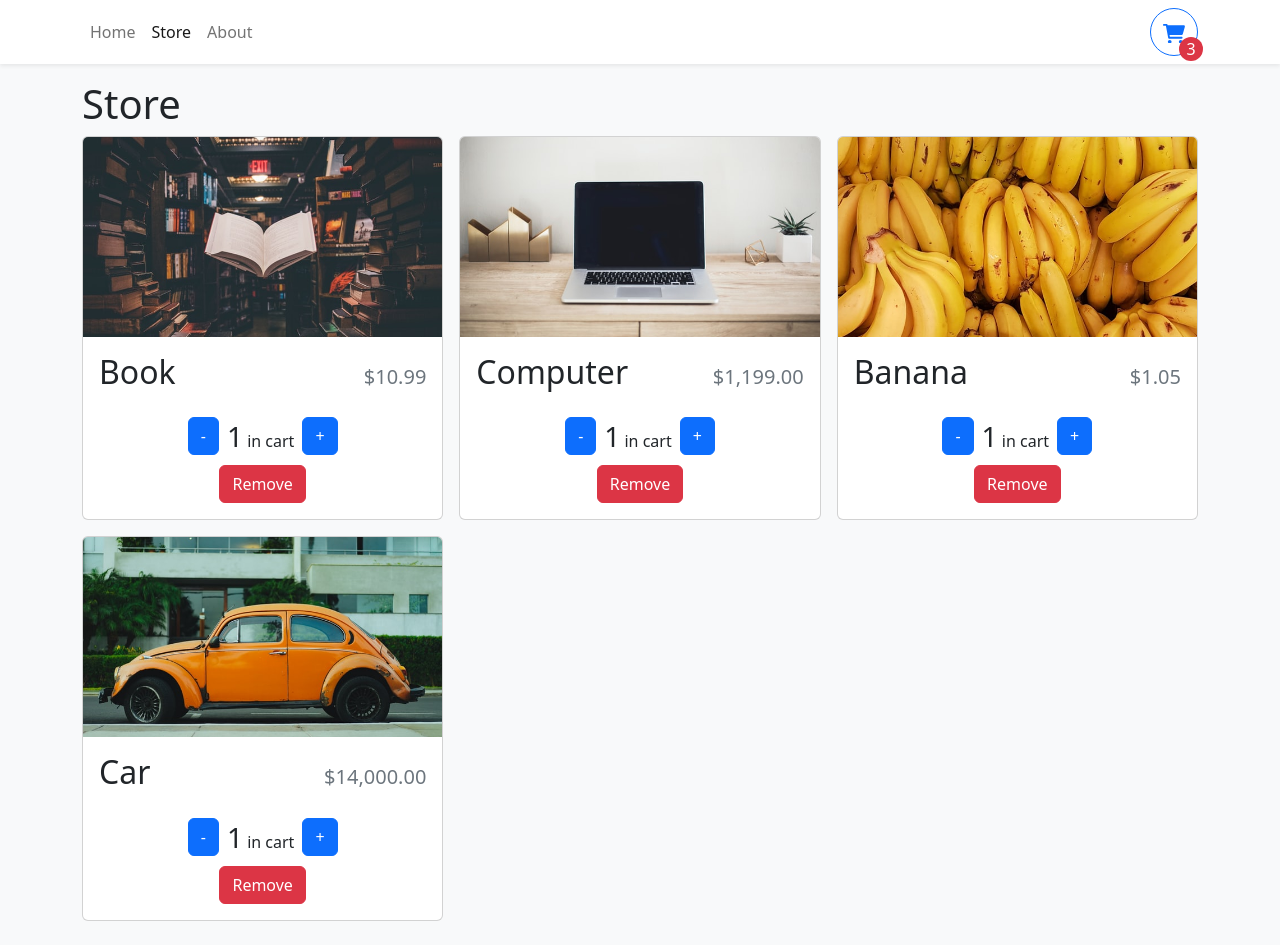
Repository: MoNasr2022/shopping-cart
Page: /store
An editor plug-in stored every save of this project. The page is shown before and after a run of saves, followed by the edit.
The browser window is 1280 px wide. The pictures show the whole page.
The project was rebuilt for these pictures with package versions that can differ from the ones it lists, and the page was loaded fresh each time. Also part of the build but not shown: vite.config.ts, src/pages/Home.tsx, src/pages/About.tsx.

Above is the page before, as saved 2023-04-17 23:05:00.

After the next 4 saves:
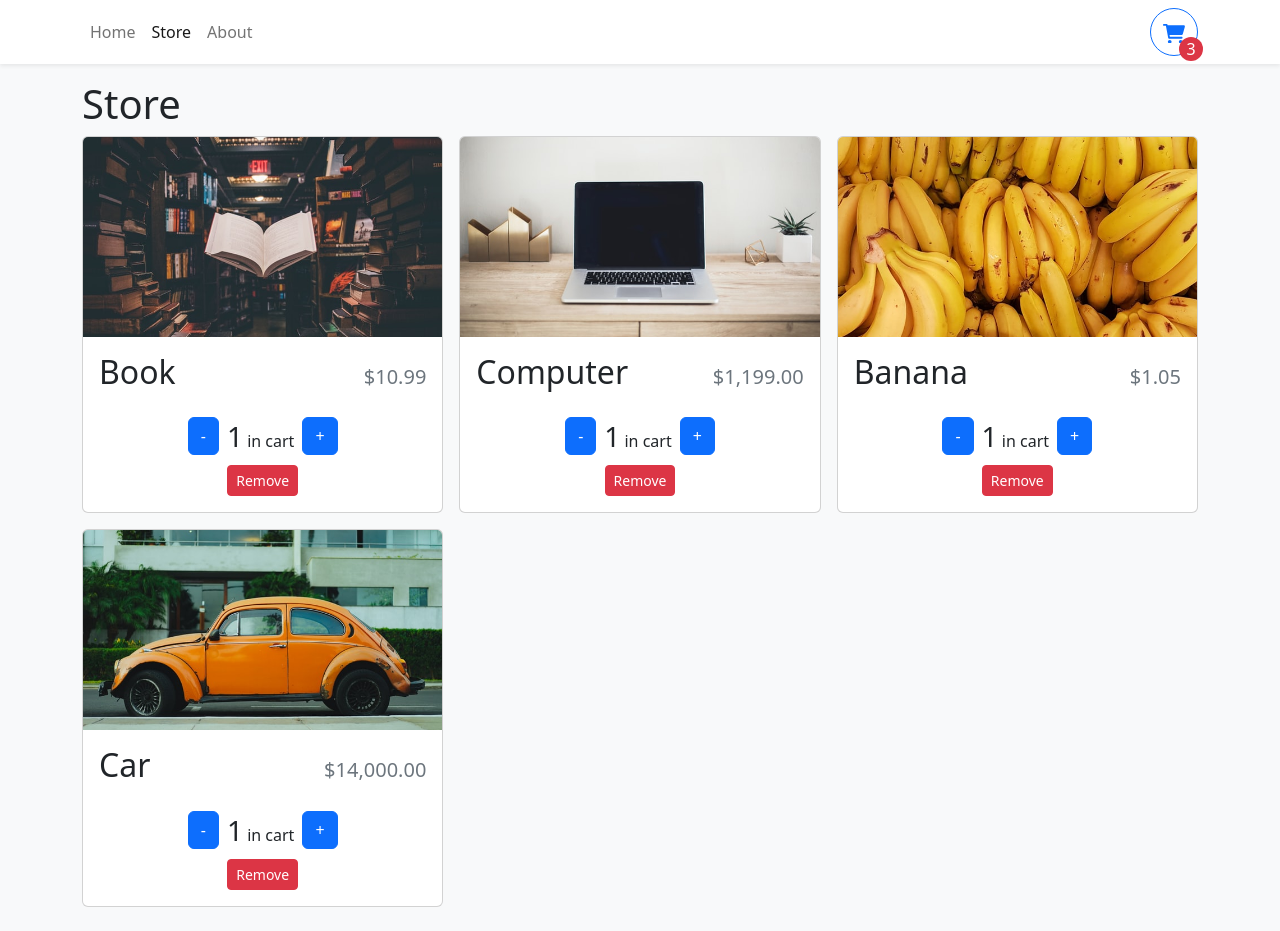
The 4 saves are shown as one change because they came seconds apart.
The last was saved 31 s later.
--- a/src/components/StoreItems.tsx
+++ b/src/components/StoreItems.tsx
@@ -41,7 +41,7 @@ function StoreItems({ id, name, price, imgUrl }: StoreItemsProps) {
                 </div>
                 <Button>+</Button>
               </div>
-              <Button variant="danger" className="btn btn-primary ">Remove</Button>
+              <Button variant="danger" size="sm">Remove</Button>
             </div>
           )}
         </div>
